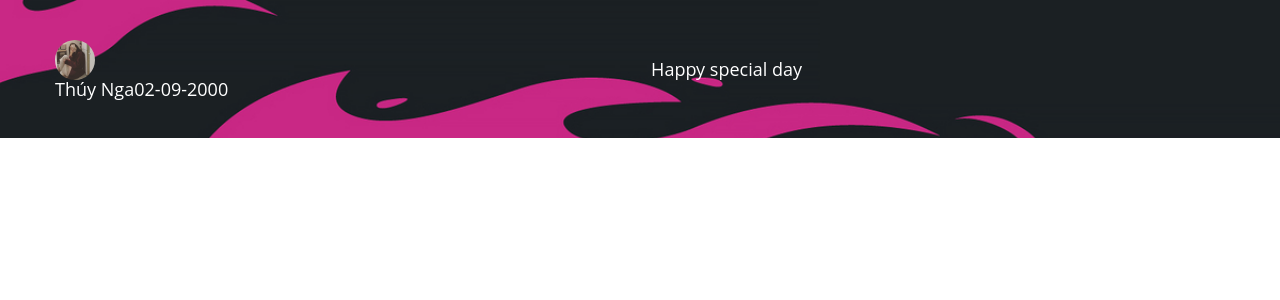
Repository: Datt21/p-happyB
Page: index.html
The author's editor kept a copy of each file at every save. The page is drawn from the files as they stood at one save, then again after the next save.
The browser window is 1280 px wide. The pictures show the whole page.
Some icons come from a web library that is not loaded, so they are not drawn.

Above is the page before, as saved 2021-08-31 04:25:33.

After the next save:
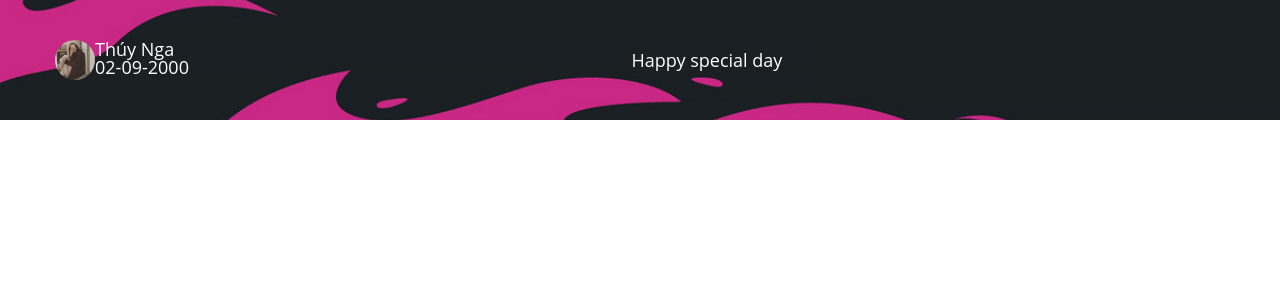
Saved 49 s later.
--- a/app.css
+++ b/app.css
@@ -60,6 +60,6 @@ body {
     padding: 40px 0;
 }
 
-.info {
+.header-info {
     display: flex;
 }
